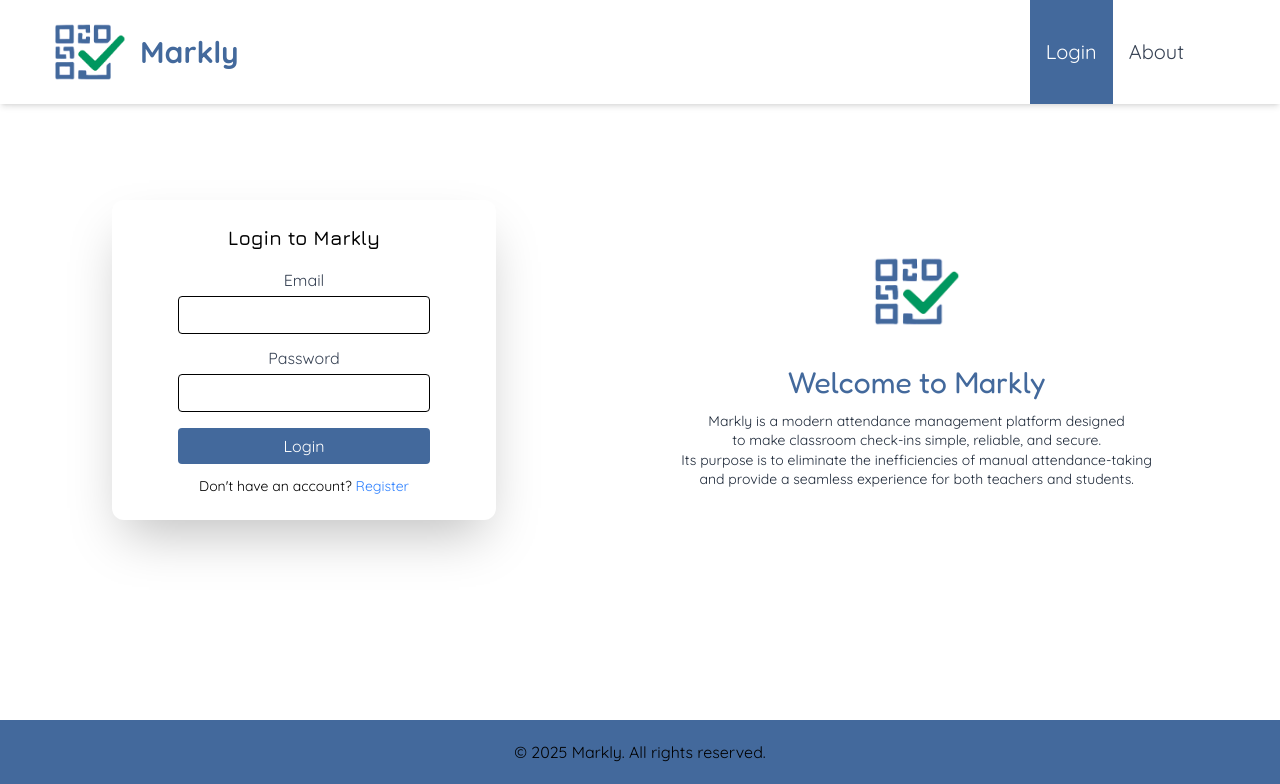
Repository: Mozukie/Markly
Page: /login
These files come from the project's save history. The page is drawn as it stood at one moment and after the next save; the edit follows.
The browser window is 1280 px wide. The pictures show the whole page.
Some web fonts or font styles are not loaded; a fallback is used. The project was rebuilt for these pictures with package versions that can differ from the ones it lists, and the page was loaded fresh each time. Also part of the build but not shown: vite.config.js, src/pages/NotFound.jsx, src/pages/Home.jsx, src/components/About.jsx, src/pages/Students/studentdashboard.jsx.

Above is the page before, as saved 2025-08-23 22:13:00.

After the next save:
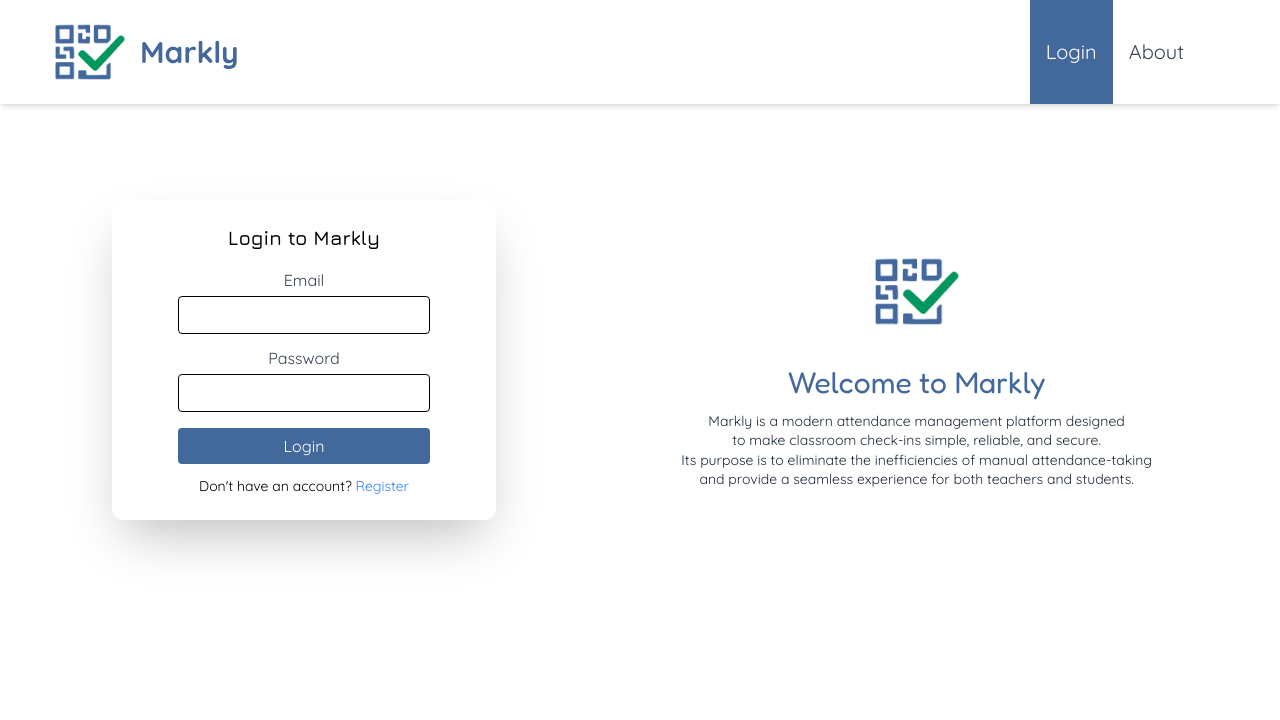
Saved 27 s later.
--- a/src/components/Footer.jsx
+++ b/src/components/Footer.jsx
@@ -5,7 +5,7 @@ import { NavLink } from "react-router-dom";
 export default function(){
     return(
         <>
-        <footer className="bg-[#43699c] h-16 flex items-center justify-center">
+        <footer className="bg-[#43699c] h-16 flex items-center justify-center fixed">
              &copy; 2025 Markly. All rights reserved.
         </footer>
         </>
